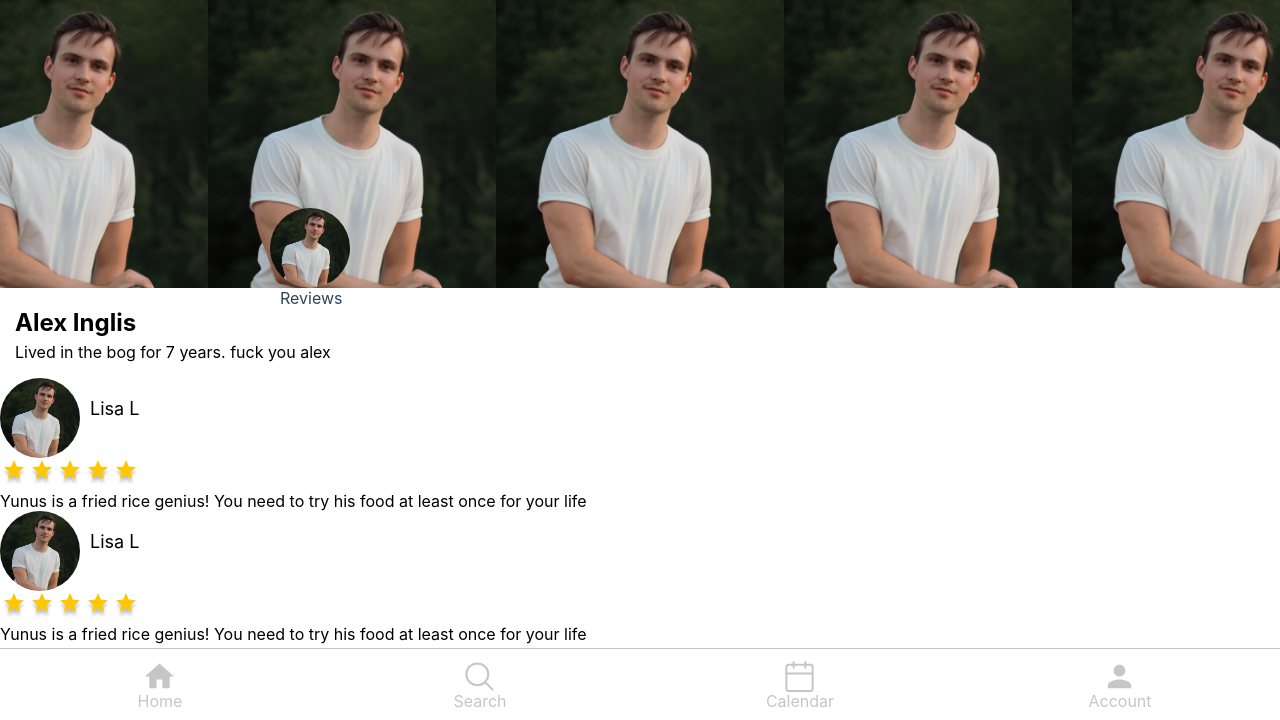
Repository: nguyenlejoe/HomeChef
Page: / (app in app/)
The author's editor kept a copy of each file at every save. The page is drawn from the files as they stood at one save, then again after the next save.
The browser window is 1280 px wide. The pictures show the whole page.
The project was rebuilt for these pictures with package versions that can differ from the ones it lists, and the page was loaded fresh each time. Also part of the build but not shown: app/src/comps/MainButton/index.js.

Above is the page before, as saved 2020-11-07 14:36:03.

After the next save:
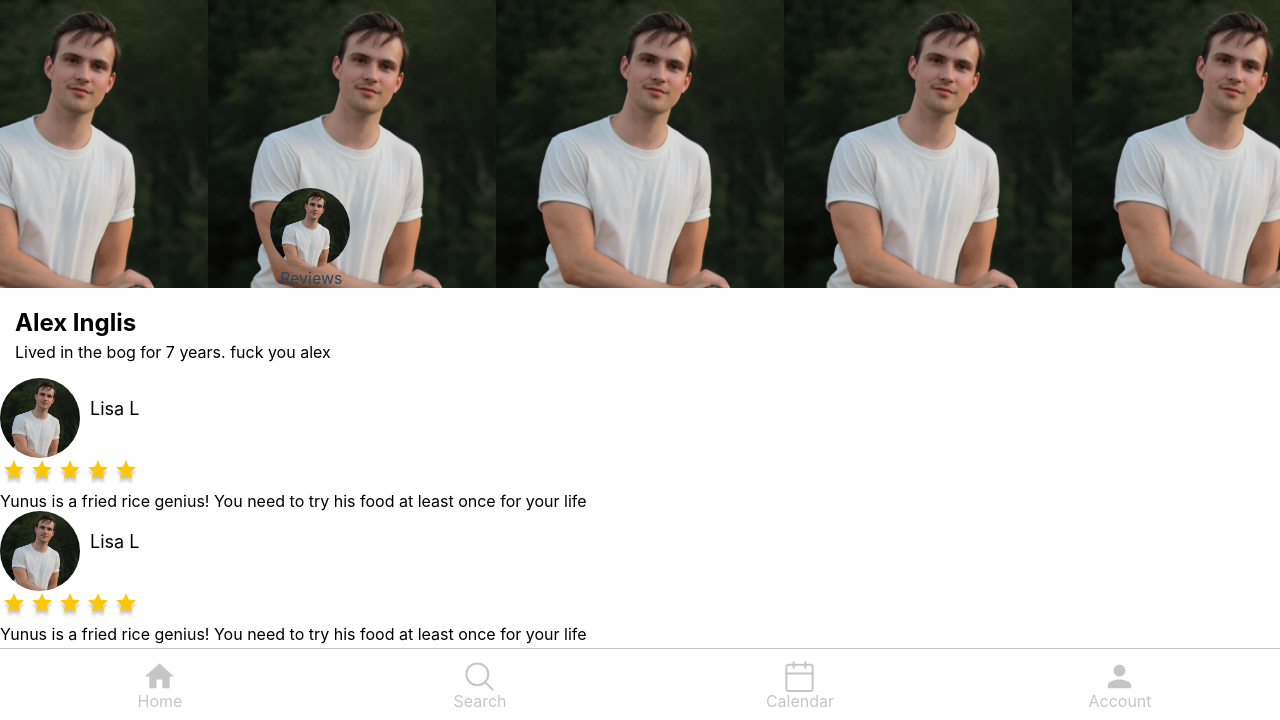
Saved 5 s later.
--- a/app/src/pages/ChefReview.scss
+++ b/app/src/pages/ChefReview.scss
@@ -24,7 +24,7 @@
     height:0px;
     position: relative;
     z-index: 1;
-    top: -170px;
+    top: -190px;
     left: 270px;
     a{
         margin-left:10px;
